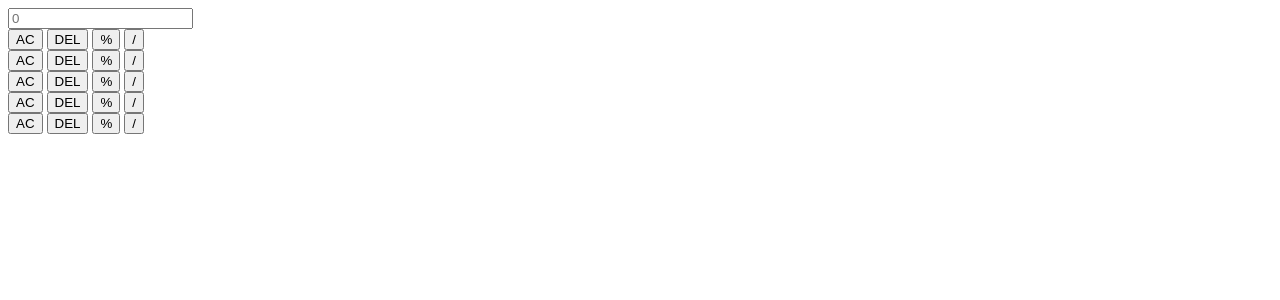
Repository: vaibhav1281/Calculator
Page: index.html
The author's editor kept a copy of each file at every save. The page is drawn from the files as they stood at one save, then again after a run of saves.
The browser window is 1280 px wide. The pictures show the whole page.

Above is the page before, as saved 2023-05-06 19:37:32.

### index.html
<!DOCTYPE html>
<html lang="en">
<head>
    <meta charset="UTF-8">
    <meta http-equiv="X-UA-Compatible" content="IE=edge">
    <meta name="viewport" content="width=device-width, initial-scale=1.0">
    <title>Calculator - By Vaibhav Saroj</title>
    <link rel="stylesheet" href="styles.css">
</head>
<body>
    <div class="calcurator">
        <input type="text" placeholder="0">
        <div>
            <button>AC</button>
            <button>DEL</button>
            <button>%</button>
            <button>/</button>
        </div>
        <div>
            <button>AC</button>
            <button>DEL</button>
            <button>%</button>
            <button>/</button>
        </div>
        <div>
            <button>AC</button>
            <button>DEL</button>
            <button>%</button>
            <button>/</button>
        </div>
        <div>
            <button>AC</button>
            <button>DEL</button>
            <button>%</button>
            <button>/</button>
        </div>
        <div>
            <button>AC</button>
            <button>DEL</button>
            <button>%</button>
            <button>/</button>
        </div>
    </div>


    <script src="index.js"></script>
</body>
</html>

Loaded but not shown: index.js (no copy from this time; the picture is the same without it); styles.css (no copy from this time; the picture is the same without it)

After the next 2 saves:
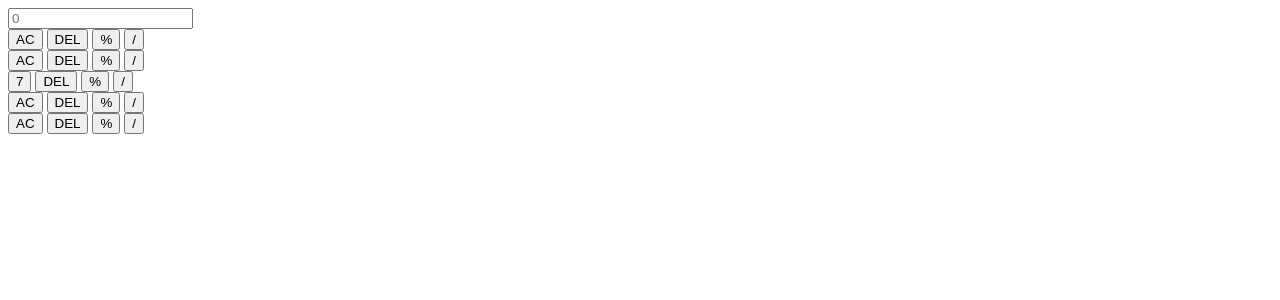
The 2 saves are shown as one change because they came seconds apart.
The last was saved 30 s later.
--- a/index.html
+++ b/index.html
@@ -23,7 +23,7 @@
             <button>/</button>
         </div>
         <div>
-            <button>AC</button>
+            <button>7</button>
             <button>DEL</button>
             <button>%</button>
             <button>/</button>
